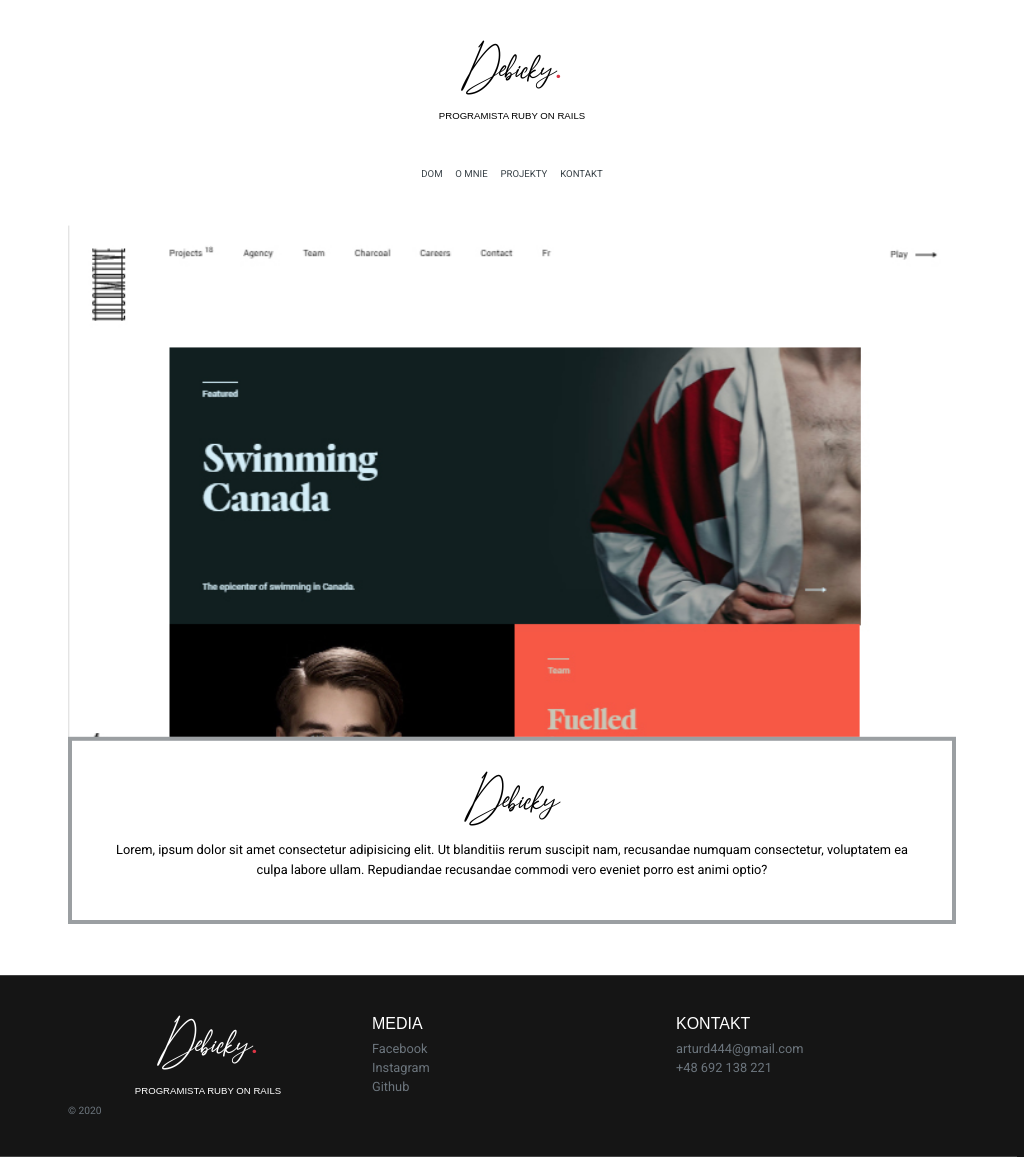
Repository: debicky/debicky.github.io
Page: index.html
The author's editor kept a copy of each file at every save. The page is drawn from the files as they stood at one save, then again after the next save.
The browser window is 1280 px wide. The pictures show the whole page, at 80% of full size.
Some web fonts or font styles are not loaded; a fallback is used. Some web libraries are served in a nearby version.

Above is the page before, as saved 2020-06-10 11:01:47.

### index.html
<!DOCTYPE html>
<html lang="en">
<head>
  <meta charset="UTF-8">
  <meta name="viewport" content="width=device-width, initial-scale=1.0">
  <title>Debicky</title>
  <link rel="stylesheet" href="https://stackpath.bootstrapcdn.com/bootstrap/4.5.0/css/bootstrap.min.css" integrity="sha384-9aIt2nRpC12Uk9gS9baDl411NQApFmC26EwAOH8WgZl5MYYxFfc+NcPb1dKGj7Sk" crossorigin="anonymous">
  <link rel="stylesheet" href="https://cdnjs.cloudflare.com/ajax/libs/font-awesome/5.11.2/css/all.min.css">
  <link rel="stylesheet" href="styles.css">
</head>
<body>


  <header>
    <a href="index.html">
      <div class="signature">
        <h5 class="signature-heading">Debicky<span class="text-danger font-weight-bolder">.</span></h5>
        <h3 class="signature-subhead">Programista Ruby on Rails</h3>
      </div>
    </a>
  </header>

  <div class="container">
    <nav class="navbar navbar-expand-md p-0">
      <button class="navbar-toggler" type="button" data-toggle="collapse" data-target="#navbarSupportedContent" aria-controls="navbarSupportedContent" aria-expanded="false" aria-label="Toggle navigation">
        <i class="fas fa-bars"></i>
        <i class="fas fa-times"></i>
      </button>

      <div class="collapse navbar-collapse d-md-flex justify-content-center" id="navbarSupportedContent">
        <ul class="navbar-nav">
          <li class="nav-item active">
            <a class="nav-link" href="index.html">Dom</a>
          </li>
          <li class="nav-item">
            <a class="nav-link" href="#">O mnie</a>
          </li>
          <li class="nav-item">
            <a class="nav-link" href="#">Projekty</a>
          </li>
          <li class="nav-item">
            <a class="nav-link" href="#">Kontakt</a>
          </li>
        </ul>
      </div>
    </nav>
  </div>

  <section class="about py-5">
    <div class="container">
      <div class="about-content">
        <div class="about-description">
          <div class="signature">
            <h5 class="signature-heading">Debicky</h5>
            <p>Lorem, ipsum dolor sit amet consectetur adipisicing elit. Ut blanditiis rerum suscipit nam, recusandae numquam consectetur, voluptatem ea culpa labore ullam. Repudiandae recusandae commodi vero eveniet porro est animi optio?</p>
          </div>
        </div>
        <div class="about-image">
          <a href="/images/1.jpeg">
            <img src="/images/2.jpeg" alt="img1">
          </a>
        </div>
      </div>
    </div>
  </section>


  <section class="projects py-5">


  </section>


  <footer class="py-5">
    <div class="container">
      <div class="row">
        <div class="col-12 col-md-5 col-lg-4 mb-5 mb-md-0">
          <a href="index.html">
            <div class="signature">
              <h5 class="signature-heading">Debicky<span class="text-danger font-weight-bolder">.</span></h5>
              <h3 class="signature-subhead">Programista Ruby on Rails</h3>
            </div>
          </a>
          <small class="d-block mt-2 text-muted">&copy; 2020</small>
        </div>
        <div class="col-12 col-md-5 col-lg-4 mb-5 mb-md-0">
          <h5 class="text-uppercase">Media</h5>
          <ul class="list-unstyled mb-0">
            <li>
              <a href="https://www.facebook.com/artur.debicki.5" class="text-muted">Facebook</a>
            </li>
            <li>
              <a href="https://www.instagram.com/debicky" class="text-muted">Instagram</a>
            </li>
            <li>
              <a href="https://github.com/debicky" class="text-muted">Github</a>
            </li>
          </ul>
        </div>
        <div class="col-12 col-md-5 col-lg-4">
          <h5 class="text-uppercase">Kontakt</h5>
              <ul class="list-unstyled text-small mb-0">
                <li>
                  <a href="mailto:arturd444@gmail.com" class="text-muted">arturd444@gmail.com</a>
                </li>
                <li>
                  <p class="text-muted">+48 692 138 221</p>
                </li>
              </ul>
        </div>
      </div>
    </div>
  </footer>



  <script src="https://code.jquery.com/jquery-3.5.1.slim.min.js" integrity="sha384-DfXdz2htPH0lsSSs5nCTpuj/zy4C+OGpamoFVy38MVBnE+IbbVYUew+OrCXaRkfj" crossorigin="anonymous"></script>
  <script src="https://cdn.jsdelivr.net/npm/popper.js@1.16.0/dist/umd/popper.min.js" integrity="sha384-Q6E9RHvbIyZFJoft+2mJbHaEWldlvI9IOYy5n3zV9zzTtmI3UksdQRVvoxMfooAo" crossorigin="anonymous"></script>
  <script src="https://stackpath.bootstrapcdn.com/bootstrap/4.5.0/js/bootstrap.min.js" integrity="sha384-OgVRvuATP1z7JjHLkuOU7Xw704+h835Lr+6QL9UvYjZE3Ipu6Tp75j7Bh/kR0JKI" crossorigin="anonymous"></script>
  <script src="script.js"></script>

</body>
</html>

### styles.css
@import url('https://fonts.googleapis.com/css?family=Playfair+Display+SC|Roboto:300,400&display=swap');

@font-face {
  font-family: "AmostelySignature";
  src: url("/fonts/AmostelySignature.ttf");
  }

body, html {
  font-family: "Roboto", sans-serif;
}

a:hover {
  text-decoration: none;;
}

/* Heading & nav  */

header{
  height: 200px;
  width: 100%;
  display: flex;
  align-items: center;
  justify-content: center;
}

.signature{
  color: black;
  text-align: center;
  user-select: none;
}

.signature-heading{
  font-family: 'AmostelySignature', cursive;
  font-size: 50px;
  margin-bottom: 30px;
}

.signature-subhead{
  font-family: 'Playfair Display SC', sans-serif;
  font-size: 12px;
  text-transform: uppercase;
  margin-bottom: 0;
}

.navbar{
  background-color: #384147;
}

.navbar-toggler i{
  color: #fff;
  font-size: 25px;
}

.navbar-toggler .fa-times{
  display: none;
}

.navbar-toggler.menu-open  .fa-bars{
  display: none;
}

.navbar-toggler.menu-open  .fa-times{
  display: block;
}

.navbar-nav{
  padding: 20px;
}

.nav-link{
  color: #fff;
  text-transform: uppercase;
  transition: opacity .5s;
  font-size: 12px;
}

.nav-link:hover{
  color: maroon;
}

/* About */

.about-content{
  display: flex;
  flex-direction: column;
}

.about-description{
  width: 100%;
  background-color: #fff;
  padding: 40px;
  outline: 5px solid rgba(56, 65, 71, 0.5);
  outline-offset: -5px;
  order: 2;
  margin-top: 5px;
}

.about-image{
  order: 1;
}

.about-image img{
  width: 100%;
  height: auto;
  display: block;
}

.about-image a::after{
  font-family: 'Font Awesome 5 Free';
  content: "\f35d";
  font-weight: 600;
  position: absolute;
  top: 50%;
  left: 50%;
  transform: translate(-50%, -50%);
  color: maroon;
  font-size: 25px;
  z-index: 101;
  width: 70px;
  height: 70px;
  border: 3px solid #fff;
  border-radius: 100%;
  display: flex;
  align-items: center;
  justify-content: center;
  opacity: 0;
  transition: opacity .5s;
}

.about-image a:hover::after{
  opacity: .7;
}

/* Footer */

footer {
  background-color: #151515;
}

footer h5, footer h3{
  color: #fff;
  font-family: 'Playfair Display SC', sans-serif;
}

a.text-muted:hover{
  color: maroon !important;
}

@media screen and (min-width: 768px) {
  .navbar{
    background-color: transparent;
  }
  .navbar-nav{
    padding: 0;
  }
  .nav-link{
    color: #384147;
  }

  nav:hover .nav-link:not(:hover){
    opacity: .5;
  }

  .about-content{
    position: relative;
    display: block;
  }

  .about-description{
    position: absolute;
    top: 80%;
    transform: translateY();
  }
}

### script.js
$('.navbar-toggler').on('click', function () {
  $(this).toggleClass('menu-open')
})

After the next save:
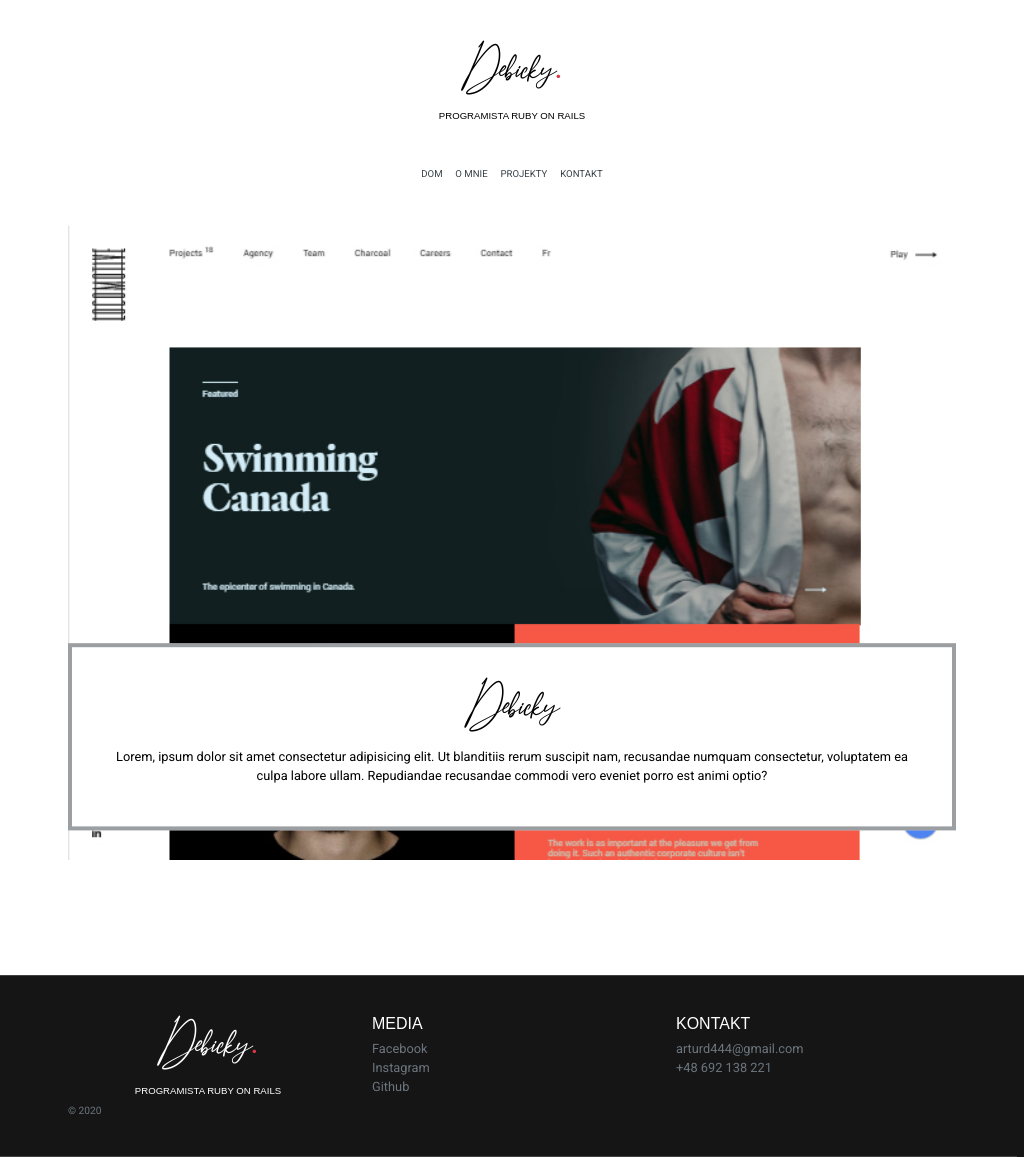
Saved 8 s later.
--- a/styles.css
+++ b/styles.css
@@ -169,6 +169,6 @@ a.text-muted:hover{
   .about-description{
     position: absolute;
     top: 80%;
-    transform: translateY();
+    transform: translateY(-50%);
   }
 }
